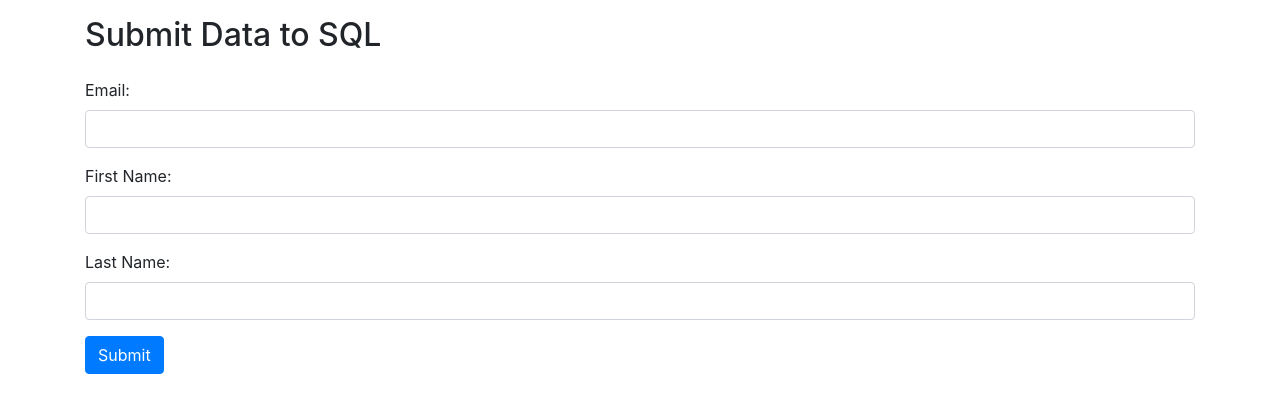
Repository: aayaaaaaaa/JciTriningg
Page: http://localhost/
An editor plug-in stored every save of this project. The page is shown before and after the next save, followed by the edit.
The browser window is 1280 px wide. The pictures show the whole page.
The page is run by PHP 8.4 with error messages shown; the project is at /var/www/html/.

Above is the page before, as saved 2023-08-16 20:12:18.

After the next save:
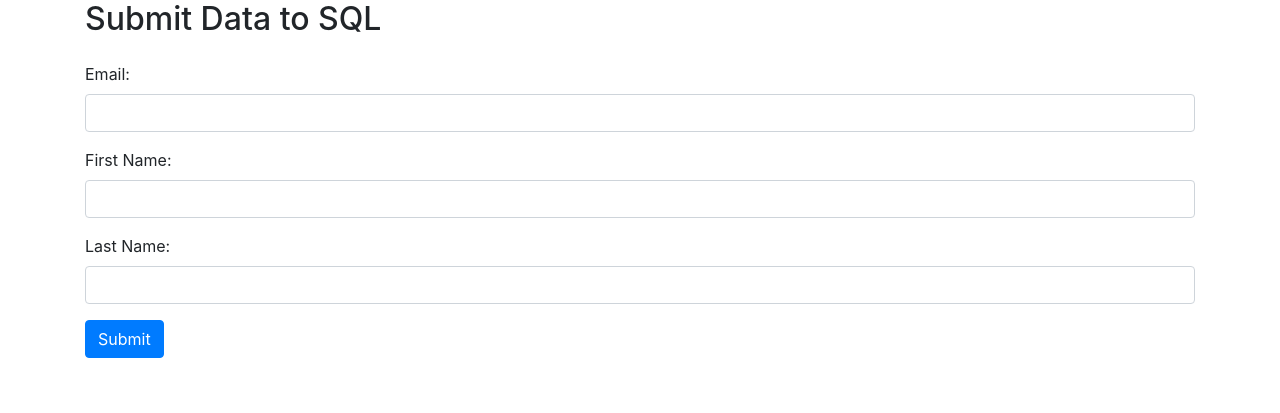
Saved 9 s later.
--- a/index.php
+++ b/index.php
@@ -6,7 +6,7 @@
     <link rel="stylesheet" href="https://maxcdn.bootstrapcdn.com/bootstrap/4.5.2/css/bootstrap.min.css">
 </head>
 <body>
-    <div class="container mt-3">
+    <div class="container mt-8  ">
         <h2 class="mb-4">Submit Data to SQL</h2>
         <form action="submit.php" method="post">
             <div class="form-group">
